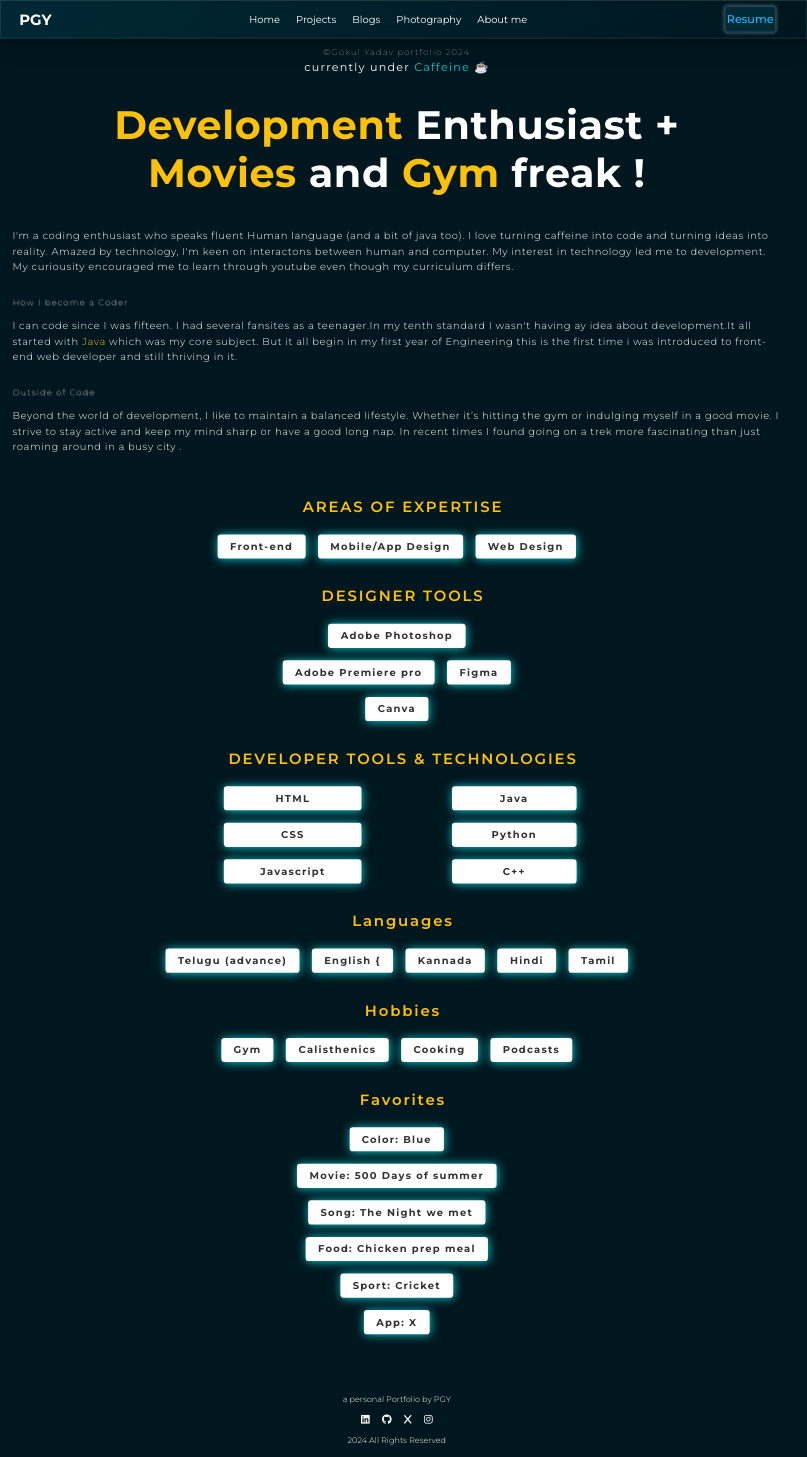
Repository: pgyunknown/pgyunknown
Page: aboutme.html
The author's editor kept a copy of each file at every save. The page is drawn from the files as they stood at one save, then again after the next save.
The browser window is 1280 px wide. The page is 1302 px wide, so the pictures cover 1302 px, including what lies to the right of the window. The pictures show the whole page, at 62% of full size.
Some web libraries are served in a nearby version.

Above is the page before, as saved 2024-08-25 14:58:21.

After the next save:
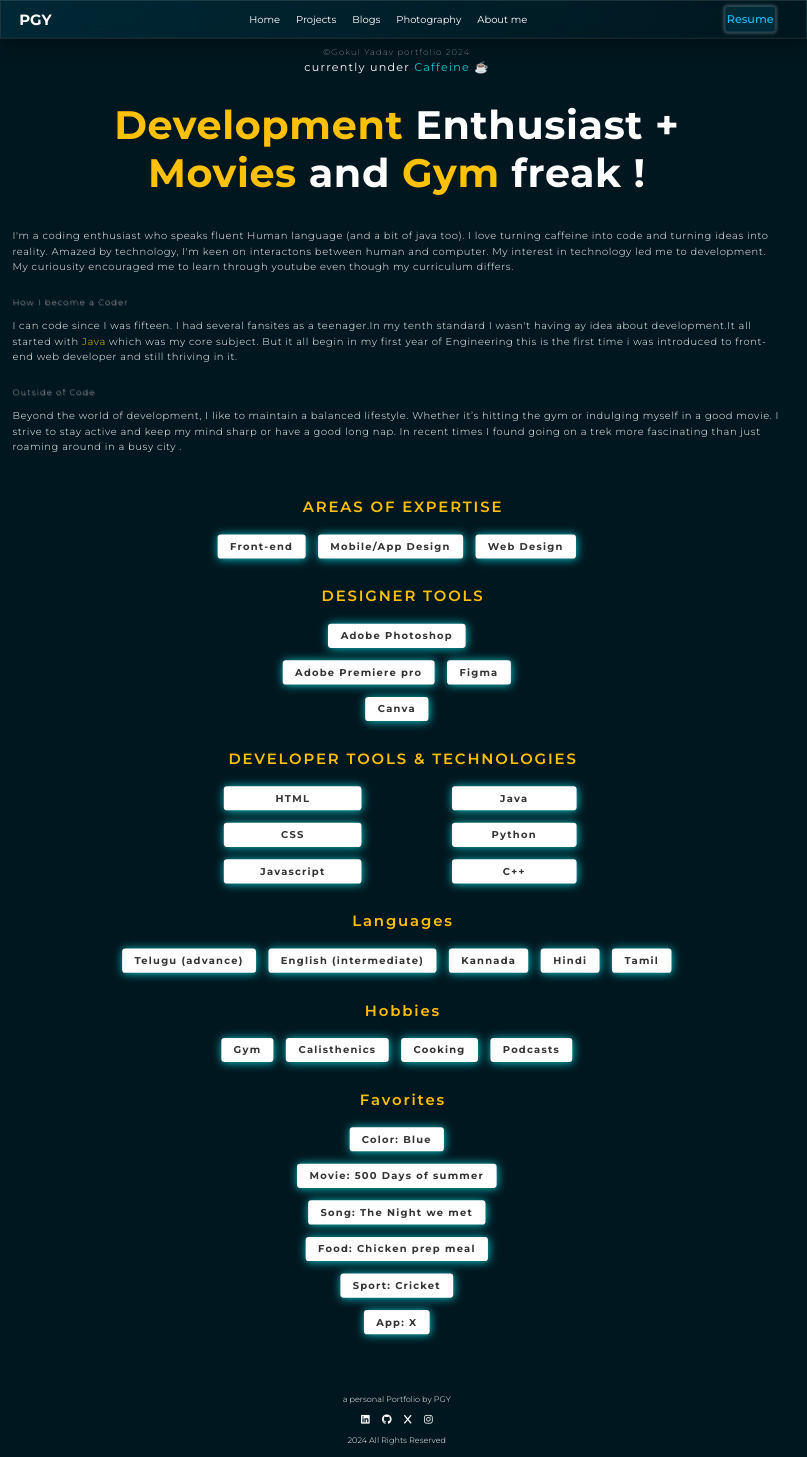
Saved 9 s later.
--- a/aboutme.html
+++ b/aboutme.html
@@ -110,7 +110,7 @@
         <div class="areas">
             <ul>
                     <li>Telugu <span>(advance)</span></li>
-                    <li>English <span>{</span></li>
+                    <li>English <span>(intermediate)</span></li>
                     <li>Kannada <span></span></li>
                     <li>Hindi <span></span></li>
                     <li>Tamil <span></span></li>
